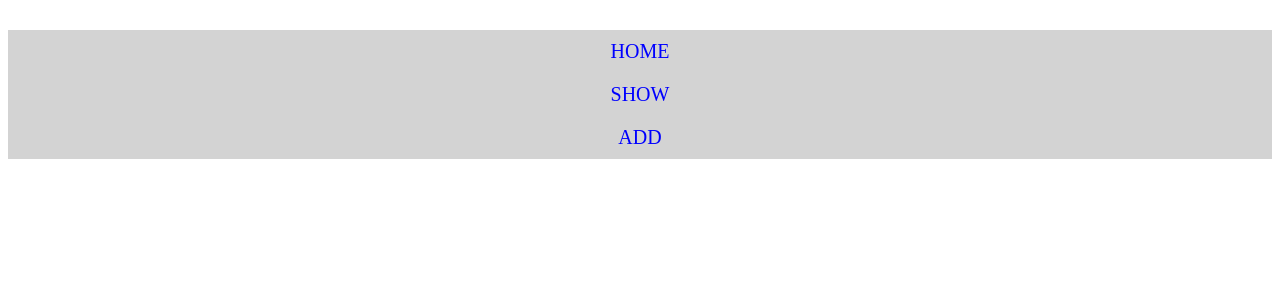
Repository: jalaj2123/SPRING-ORM
Page: Webap/src/main/webapp/home.html
The author's editor kept a copy of each file at every save. The page is drawn from the files as they stood at one save, then again after the next save.
The browser window is 1280 px wide. The pictures show the whole page.

Above is the page before, as saved 2022-03-16 12:52:26.

### Webap/src/main/webapp/home.html
<!DOCTYPE html>
<html>
<head>
<meta charset="ISO-8859-1">
<title>Insert title here</title>

<style>
ul
{
  list-style-type: none;
  margin: 0;
  padding: 0px;
  overflow: hidden;
  background-color: lightgray;
}
li a {
  display: block;
  color: blue;
 font-size:20px;
  text-align: center;
  padding: 10px 20px;
  text-decoration: none;
}
  li
   {
  float: center;
}
li a:hover
{
  background-color: orange;
  color: white;
}


</style>
</head>
<body>
<marquee behavior="scroll" direction="right">MVC,MAVEN</marquee>
<ul>
<li><a href="home.html">HOME</a></li>
<li><a href="index.jsp">SHOW</a></li>
<li><a href="Insert">ADD</a></li>
</ul>
</body>
</html>

After the next save:
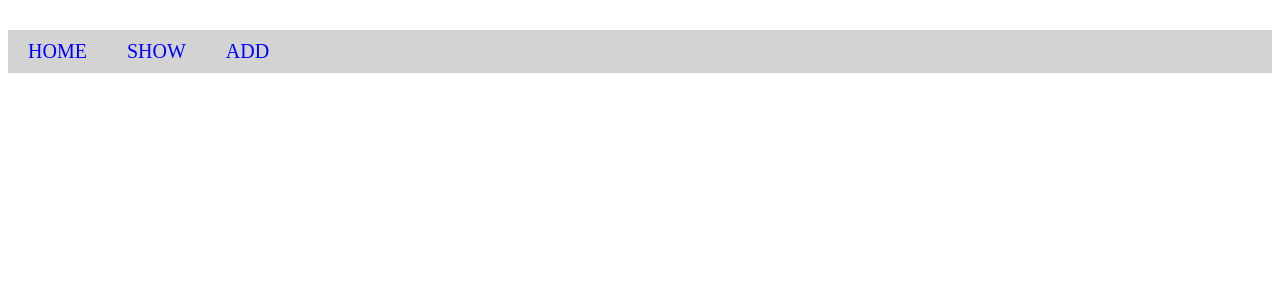
Saved 46 s later.
--- a/Webap/src/main/webapp/home.html
+++ b/Webap/src/main/webapp/home.html
@@ -23,7 +23,7 @@ li a {
 }
   li
    {
-  float: center;
+  float: left;
 }
 li a:hover
 {
